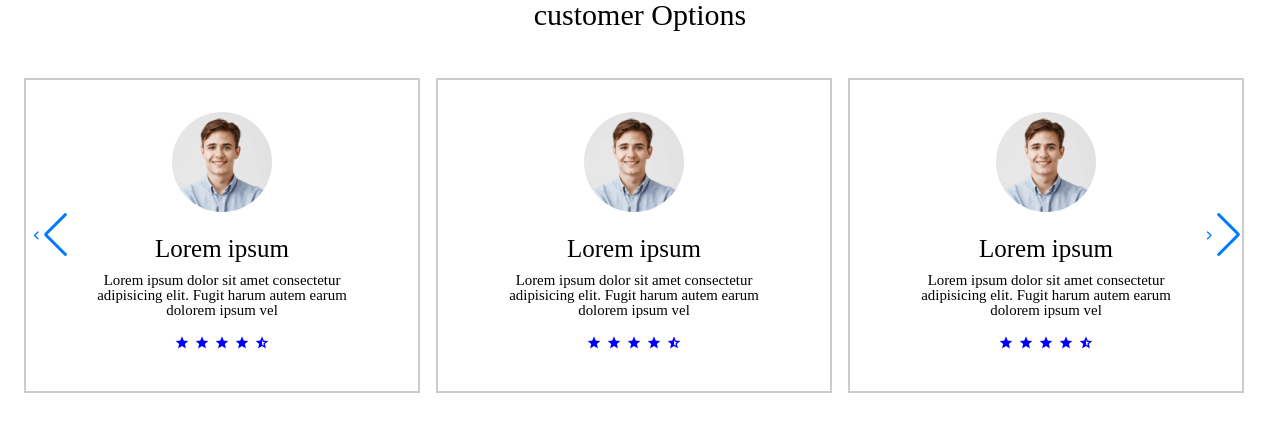
Repository: dinhhaidh/slider-3
Page: index.html
These files come from the project's save history. The page is drawn as it stood at one moment and after a run of saves; the edit follows.
The browser window is 1280 px wide. The pictures show the whole page.

Above is the page before, as saved 2024-03-22 21:29:33.

After the next 2 saves:
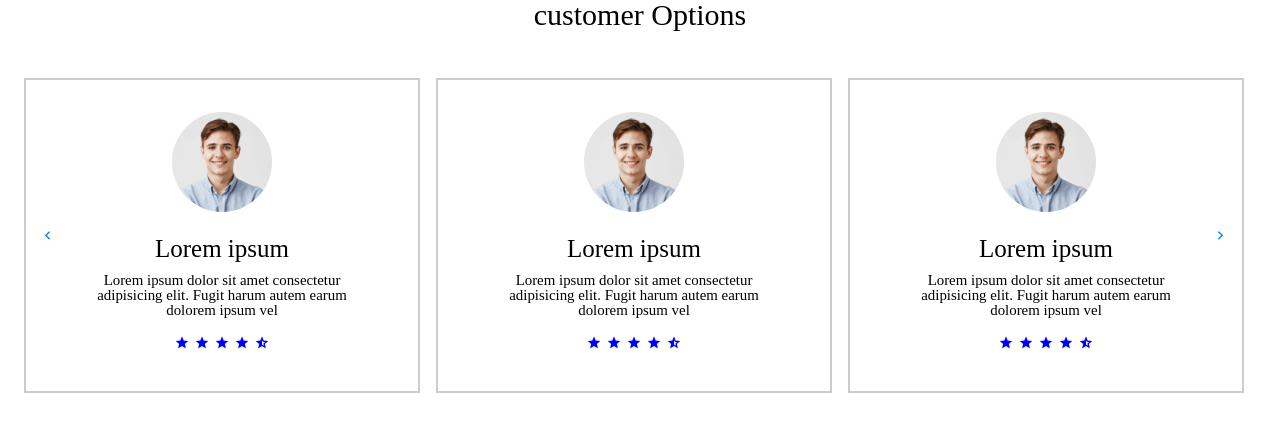
The 2 saves are shown as one change because they came seconds apart.
The last was saved 8 s later.
--- a/css/style.css
+++ b/css/style.css
@@ -71,8 +71,8 @@ body {
 .customer__star {
   color: blue;
 }
-.swiper-button-next:a, .swiper-button-prev::after {
-
+.swiper-button-next::after, .swiper-button-prev::after {
+  content: "";
 }
 @media screen and (min-width: 450px) {
   .customer__article{
